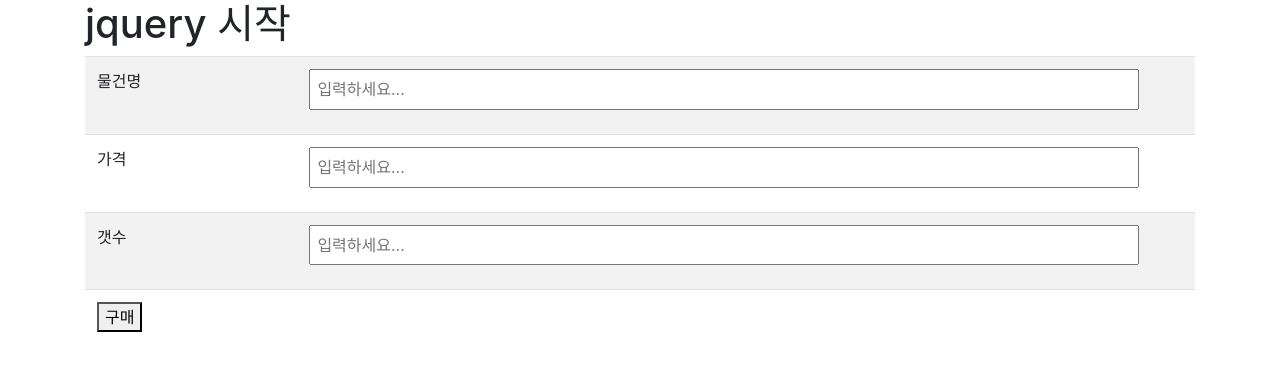
Repository: chanjungkim/vue_hrd
Page: vueexp/WebContent/a04_event/a02_buyProduct.html
These files come from the project's save history. The page is drawn as it stood at one moment and after the next save; the edit follows.
The browser window is 1280 px wide. The pictures show the whole page.

Above is the page before, as saved 2019-09-21 02:10:53.

After the next save:
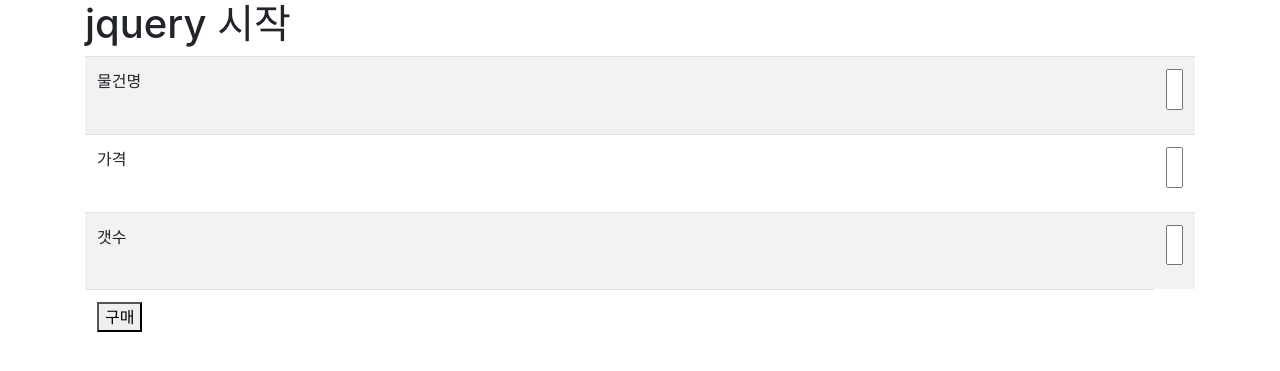
Saved 8 s later.
--- a/vueexp/WebContent/a04_event/a02_buyProduct.html
+++ b/vueexp/WebContent/a04_event/a02_buyProduct.html
@@ -49,7 +49,7 @@
 				<td><input type="text" placeholder="입력하세요..."/></td>
 			</tr>
 			<tr>
-				<td colspan="100%"><button>구매</button></td>
+				<td width="100%"><button>구매</button></td>
 			</tr>
 
 		</table>

After the save that followed:
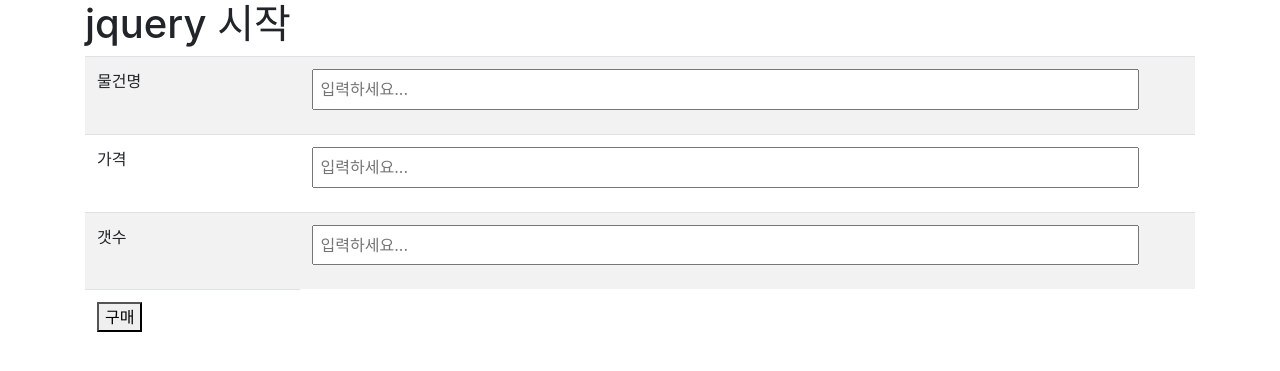
Saved 9 s later.
--- a/vueexp/WebContent/a04_event/a02_buyProduct.html
+++ b/vueexp/WebContent/a04_event/a02_buyProduct.html
@@ -49,7 +49,7 @@
 				<td><input type="text" placeholder="입력하세요..."/></td>
 			</tr>
 			<tr>
-				<td width="100%"><button>구매</button></td>
+				<td><button>구매</button></td>
 			</tr>
 
 		</table>
